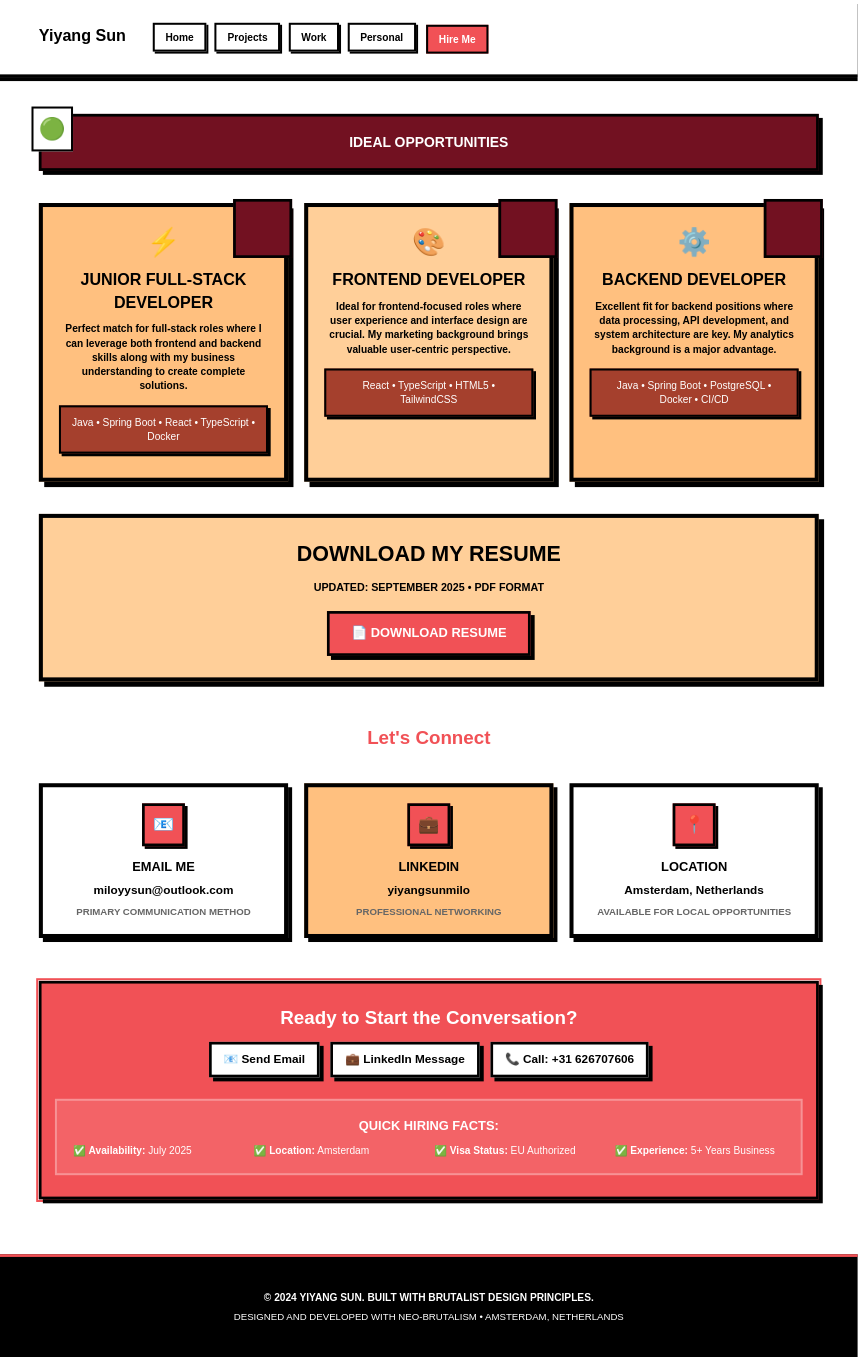
Repository: miloyiyangsun/yiyangsun.github.io
Page: .superdesign/design_iterations/yiyang_hireme_v2.html
These files come from the project's save history. The page is drawn as it stood at one moment and after the next save; the edit follows.
The browser window is 1280 px wide. The pictures show the whole page, at 67% of full size.

Above is the page before, as saved 2025-09-03 17:25:51.

### .superdesign/design_iterations/yiyang_hireme_v2.html
<!DOCTYPE html>
<html lang="en">
<head>
    <meta charset="UTF-8">
    <meta name="viewport" content="width=device-width, initial-scale=1.0">
    <title>Hire Me - Yiyang Sun [Neo-Brutalist Portfolio]</title>
    <meta name="description" content="Hire Yiyang Sun - Computer Science Student (2025 Graduate) with 5+ years business experience seeking Junior Full-Stack, Frontend, or Backend opportunities in Amsterdam. Neo-brutalist design.">

    <!-- Neo-Brutalist Theme -->
    <link rel="stylesheet" href="brutalist_theme_v2.css">

    <style>
        /* Hire Me specific brutal styles */
        body {
            padding-top: 120px;
            background: #FFFFFF;
        }

        .main-container {
            max-width: 1200px;
            margin: 0 auto;
            padding: 18px;
        }

        /* Hero CTA - Brutal */
        .hire-hero {
            background: #F15156;
            color: #FFFFFF;
            border: 8px solid #000000;
            padding: 48px 24px;
            text-align: center;
            box-shadow: 12px 12px 0 #000000;
            position: relative;
            margin: 24px 0;
        }

        .hire-hero::before {
            content: '💼';
            position: absolute;
            top: -30px;
            left: -30px;
            font-size: 4rem;
            background: #FFFFFF;
            border: 6px solid #000000;
            padding: 16px;
            width: 100px;
            height: 100px;
            display: flex;
            align-items: center;
            justify-content: center;
        }

        .hire-title {
            font-size: 2.5rem;
            font-weight: 900;
            text-transform: uppercase;
            margin: 0 0 18px 0;
            line-height: 0.9;
        }

        .hire-subtitle {
            font-size: 1.2rem;
            font-weight: 700;
            text-transform: uppercase;
            margin-bottom: 24px;
            opacity: 0.95;
        }

        /* Opportunity Cards - Brutal */
        .opportunity-grid {
            display: grid;
            grid-template-columns: repeat(auto-fit, minmax(300px, 1fr));
            gap: 24px;
            margin: 48px 0;
        }

        .opportunity-card {
            background: #FFFFFF;
            border: 6px solid #000000;
            padding: 24px;
            box-shadow: 8px 8px 0 #000000;
            position: relative;
            text-align: center;
        }

        .opportunity-card:hover {
            transform: translate(-4px, -4px);
            box-shadow: 16px 16px 0 #000000;
        }

        .opportunity-card:nth-child(1) {
            background: #FFC07F;
        }

        .opportunity-card:nth-child(2) {
            background: #FFCF99;
        }

        .opportunity-card:nth-child(3) {
            background: #FFC07F;
        }

        .opportunity-card::before {
            content: '';
            position: absolute;
            top: -12px;
            right: -12px;
            width: 80px;
            height: 80px;
            background: #721121;
            border: 4px solid #000000;
        }

        .opportunity-icon {
            font-size: 2.5rem;
            display: block;
            margin-bottom: 12px;
        }

        .opportunity-title {
            font-size: 1.5rem;
            font-weight: 900;
            text-transform: uppercase;
            color: #000000;
            margin-bottom: 12px;
        }

        .opportunity-description {
            font-size: 0.95rem;
            line-height: 1.4;
            font-weight: 600;
            margin-bottom: 18px;
        }

        /* Skills Match - Brutal */
        .skills-match {
            background: #A5402D;
            color: #FFFFFF;
            padding: 12px 16px;
            border: 3px solid #000000;
            margin: 12px 0;
            box-shadow: 4px 4px 0 #000000;
        }

        /* Contact Cards - Brutal */
        .contact-grid {
            display: grid;
            grid-template-columns: repeat(auto-fit, minmax(280px, 1fr));
            gap: 24px;
            margin: 48px 0;
        }

        .contact-card {
            background: #FFFFFF;
            border: 6px solid #000000;
            padding: 24px;
            text-align: center;
            box-shadow: 6px 6px 0 #000000;
            position: relative;
        }

        .contact-card:hover {
            background: #FFCF99;
            transform: translate(-3px, -3px);
            box-shadow: 11px 11px 0 #000000;
        }

        .contact-card:nth-child(even) {
            background: #FFC07F;
        }

        .contact-card:nth-child(even):hover {
            background: #F15156;
            color: #FFFFFF;
        }

        .contact-icon {
            width: 64px;
            height: 64px;
            background: #F15156;
            border: 4px solid #000000;
            border-radius: 0;
            margin: 0 auto 18px auto;
            display: flex;
            align-items: center;
            justify-content: center;
            font-size: 1.6rem;
            color: #FFFFFF;
            box-shadow: 4px 4px 0 #000000;
        }

        .contact-title {
            font-size: 1.2rem;
            font-weight: 900;
            text-transform: uppercase;
            margin-bottom: 10px;
            color: #000000;
        }

        .contact-info {
            font-size: 1.1rem;
            font-weight: 700;
            margin-bottom: 8px;
        }

        .contact-description {
            font-size: 0.9rem;
            font-weight: 600;
            text-transform: uppercase;
            color: #666666;
        }

        /* Value Proposition - Brutal */
        .value-proposition {
            background: #721121;
            color: #FFFFFF;
            padding: 48px;
            border: 8px solid #000000;
            box-shadow: 12px 12px 0 #000000;
            margin: 64px 0;
        }

        .value-title {
            font-size: 2.5rem;
            font-weight: 900;
            text-transform: uppercase;
            text-align: center;
            margin-bottom: 32px;
        }

        .value-grid {
            display: grid;
            grid-template-columns: repeat(auto-fit, minmax(250px, 1fr));
            gap: 24px;
        }

        .value-item {
            padding: 24px;
            background: rgba(255, 255, 255, 0.1);
            border: 2px solid rgba(255, 255, 255, 0.3);
            text-align: center;
        }

        .value-item-title {
            font-size: 1.2rem;
            font-weight: 900;
            text-transform: uppercase;
            margin-bottom: 12px;
        }

        .value-item-description {
            font-size: 1rem;
            font-weight: 500;
            line-height: 1.4;
        }

        /* Resume Download - Brutal */
        .resume-section {
            background: #FFCF99;
            border: 6px solid #000000;
            padding: 32px;
            text-align: center;
            box-shadow: 8px 8px 0 #000000;
            margin: 32px 0;
        }

        .resume-title {
            font-size: 2rem;
            font-weight: 900;
            text-transform: uppercase;
            margin-bottom: 16px;
        }

        .resume-info {
            font-size: 1rem;
            font-weight: 600;
            margin-bottom: 24px;
            text-transform: uppercase;
        }

        .download-button {
            display: inline-block;
            background: #F15156;
            color: #FFFFFF;
            padding: 16px 32px;
            border: 4px solid #000000;
            text-decoration: none;
            font-weight: 900;
            font-size: 1.2rem;
            text-transform: uppercase;
            box-shadow: 6px 6px 0 #000000;
        }

        .download-button:hover {
            background: #721121;
            transform: translate(-2px, -2px);
            box-shadow: 8px 8px 0 #000000;
        }

        /* Availability Status - Brutal */
        .availability {
            background: #721121;
            color: #FFFFFF;
            padding: 24px;
            border: 4px solid #000000;
            text-align: center;
            margin: 32px 0;
            box-shadow: 6px 6px 0 #000000;
            position: relative;
        }

        .availability::before {
            content: '🟢';
            position: absolute;
            top: -15px;
            left: -15px;
            font-size: 2rem;
            background: #FFFFFF;
            border: 3px solid #000000;
            padding: 8px;
            border-radius: 0;
        }

        .availability-text {
            font-size: 1.3rem;
            font-weight: 900;
            text-transform: uppercase;
        }

        /* Mobile responsive */
        @media (max-width: 768px) {
            .hire-title {
                font-size: 2.5rem;
            }

            .hire-hero {
                padding: 40px 20px;
            }

            .opportunity-grid,
            .contact-grid {
                grid-template-columns: 1fr;
            }

            .value-proposition {
                padding: 32px 20px;
            }

            .value-title {
                font-size: 2rem;
            }
        }
    </style>
</head>

<body>
    <!-- Brutalist Navigation -->
    <nav class="brutalist-nav">
        <div class="main-container">
            <strong style="font-size: 1.5rem; margin-right: 32px;">Yiyang Sun</strong>
            <a href="yiyang_home_v2.html" class="brutalist-nav-item">Home</a>
            <a href="yiyang_projects_v2.html" class="brutalist-nav-item">Projects</a>
            <a href="yiyang_work_v2.html" class="brutalist-nav-item">Work</a>
            <a href="yiyang_personal_v2.html" class="brutalist-nav-item">Personal</a>
            <a href="yiyang_hireme_v2.html" class="brutalist-nav-item active">Hire Me</a>
        </div>
    </nav>

    <!-- Main Content -->
    <main class="main-container">
        <!-- Hero CTA -->
        <!-- <section class="hire-hero">
            <div class="hire-title">Hire Me Now!</div>
            <div class="hire-subtitle">CS Student (2025 Graduate) with 5+ Years Business Background</div>
            <p style="font-size: 1.2rem; font-weight: 600; max-width: 600px; margin: 0 auto 32px auto;">
                Computer Science student graduating July 2025 seeking Junior Full-Stack, Frontend, or Backend opportunities.
                5+ years international business experience + technical skills.
            </p>
            <a href="mailto:miloyysun@outlook.com?subject=Job Opportunity&body=Hi Yiyang, I'm interested in discussing a software development opportunity with you."
               class="brutalist-button" style="background: #FFFFFF; color: #000000; font-size: 1.2rem; padding: 16px 32px;">
Email Me Today
            </a>
        </section> -->

        <!-- Availability Status -->
        <!-- <section class="availability">
            <div class="availability-text">Available from July 2025 • CS Graduate • Amsterdam Based • EU Work Authorization</div>
        </section> -->
        <section class="availability">
            <div class="availability-text">Ideal Opportunities</div>
        </section>
        <!-- Opportunity Types -->
        <section>
            <!-- <h2 class="title-large brutalist-text-center" style="margin: 64px 0 32px 0;">Ideal Opportunities</h2> -->

            <div class="opportunity-grid">
                <div class="opportunity-card">
                    <span class="opportunity-icon">⚡</span>
                    <div class="opportunity-title">Junior Full-Stack Developer</div>
                    <div class="opportunity-description">
                        Perfect match for full-stack roles where I can leverage both frontend and backend skills
                        along with my business understanding to create complete solutions.
                    </div>
                    <div class="skills-match">
                        Java • Spring Boot • React • TypeScript • Docker
                    </div>
                </div>

                <div class="opportunity-card">
                    <span class="opportunity-icon">🎨</span>
                    <div class="opportunity-title">Frontend Developer</div>
                    <div class="opportunity-description">
                        Ideal for frontend-focused roles where user experience and interface design are crucial.
                        My marketing background brings valuable user-centric perspective.
                    </div>
                    <div class="skills-match">
                        React • TypeScript • HTML5 • TailwindCSS
                    </div>
                </div>

                <div class="opportunity-card">
                    <span class="opportunity-icon">⚙️</span>
                    <div class="opportunity-title">Backend Developer</div>
                    <div class="opportunity-description">
                        Excellent fit for backend positions where data processing, API development, and system architecture
                        are key. My analytics background is a major advantage.
                    </div>
                    <div class="skills-match">
                        Java • Spring Boot • PostgreSQL • Docker • CI/CD
                    </div>
                </div>
            </div>
        </section>

        <!-- Value Proposition -->
        <!-- <section class="value-proposition">
            <div class="value-title">Why Hire Me?</div>
            <div class="value-grid">
                <div class="value-item">
                    <div class="value-item-title">Unique Business Background</div>
                    <div class="value-item-description">
                        5+ years of international business experience brings valuable perspective to software development projects
                    </div>
                </div>
                <div class="value-item">
                    <div class="value-item-title">Proven Problem Solver</div>
                    <div class="value-item-description">
                        Demonstrated ability to analyze complex problems and implement effective technical solutions
                    </div>
                </div>
                <div class="value-item">
                    <div class="value-item-title">International Experience</div>
                    <div class="value-item-description">
                        Worked across Singapore, China, and Netherlands - excellent for global teams and cross-cultural projects
                    </div>
                </div>
                <div class="value-item">
                    <div class="value-item-title">Career Transition Success</div>
                    <div class="value-item-description">
                        Successfully transitioned from 5+ years business career to Computer Science, graduating July 2025
                    </div>
                </div>
            </div>
        </section> -->

        <!-- Resume Download -->
        <section class="resume-section">
            <div class="resume-title">Download My Resume</div>
            <div class="resume-info">Updated: September 2025 • PDF Format</div>
            <a href="#" class="download-button">📄 Download Resume</a>
        </section>

        <!-- Contact Information -->
        <section>
            <h2 class="title-large brutalist-text-center" style="margin: 64px 0 32px 0;">Let's Connect</h2>

            <div class="contact-grid">
                <div class="contact-card">
                    <div class="contact-icon">📧</div>
                    <div class="contact-title">Email Me</div>
                    <div class="contact-info">miloyysun@outlook.com</div>
                    <div class="contact-description">Primary Communication Method</div>
                </div>

                <div class="contact-card">
                    <div class="contact-icon">💼</div>
                    <div class="contact-title">LinkedIn</div>
                    <div class="contact-info">yiyangsunmilo</div>
                    <div class="contact-description">Professional Networking</div>
                </div>

                <div class="contact-card">
                    <div class="contact-icon">📍</div>
                    <div class="contact-title">Location</div>
                    <div class="contact-info">Amsterdam, Netherlands</div>
                    <div class="contact-description">Available for Local Opportunities</div>
                </div>
            </div>
        </section>

        <!-- Final CTA -->
        <section class="brutalist-hero brutalist-bg-red" style="margin: 64px 0;">
            <div class="brutalist-text-center">
                <h2 class="title-large" style="color: #FFFFFF; margin-bottom: 16px;">Ready to Start the Conversation?</h2>
                <!-- <p style="font-size: 1.3rem; font-weight: 700; color: #FFFFFF; margin-bottom: 32px; max-width: 700px; margin-left: auto; margin-right: auto;">
                    Whether you have a specific role in mind or just want to explore possibilities,
                    I'm excited to discuss how my unique background can contribute to your team's success.
                </p> -->
                <div style="display: flex; justify-content: center; gap: 16px; flex-wrap: wrap;">
                    <a href="mailto:miloyysun@outlook.com?subject=Software Development Opportunity&body=Hi Yiyang, I'm interested in discussing potential opportunities with you."
                       class="brutalist-button" style="background: #FFFFFF; color: #000000; font-size: 1.1rem;">
                        📧 Send Email
                    </a>
                    <a href="https://linkedin.com/in/yiyangsunmilo"
                       class="brutalist-button" style="background: #FFFFFF; color: #000000; font-size: 1.1rem;" target="_blank">
                        💼 LinkedIn Message
                    </a>
                    <a href="tel:+31626707606"
                       class="brutalist-button" style="background: #FFFFFF; color: #000000; font-size: 1.1rem;">
                        📞 Call: +31 626707606
                    </a>
                </div>

                <div style="margin-top: 32px; padding: 24px; background: rgba(255,255,255,0.1); border: 3px solid rgba(255,255,255,0.3);">
                    <h3 style="font-size: 1.2rem; font-weight: 900; text-transform: uppercase; margin-bottom: 12px;">Quick Hiring Facts:</h3>
                    <div style="display: grid; grid-template-columns: repeat(auto-fit, minmax(150px, 1fr)); gap: 16px; text-align: left;">
                        <div>✅ <strong>Availability:</strong> July 2025</div>
                        <div>✅ <strong>Location:</strong> Amsterdam</div>
                        <div>✅ <strong>Visa Status:</strong> EU Authorized</div>
                        <div>✅ <strong>Experience:</strong> 5+ Years Business</div>
                    </div>
                </div>
            </div>
        </section>
    </main>

    <!-- Footer -->
    <footer style="background: #000000; color: #FFFFFF; padding: 32px; text-align: center; border-top: 4px solid #F15156;">
        <div class="main-container">
            <p style="font-weight: 700; text-transform: uppercase; margin-bottom: 8px;">
                &copy; 2024 Yiyang Sun. Built with brutalist design principles.
            </p>
            <p style="font-size: 0.9rem; text-transform: uppercase;">
                Designed and developed with neo-brutalism • Amsterdam, Netherlands
            </p>
        </div>
    </footer>

    <script>
        // Minimal JavaScript for hire me page
        console.log('💼 HIRE ME PAGE - NEO-BRUTALIST DESIGN LOADED');
        console.log('🚀 READY TO HIRE YIYANG SUN!');

        // Enhanced button press effects for CTA buttons
        document.querySelectorAll('.brutalist-button, .download-button, .contact-card').forEach(element => {
            element.addEventListener('mousedown', function() {
                this.style.transform = 'translate(3px, 3px)';
                this.style.boxShadow = 'none';
            });

            element.addEventListener('mouseup', function() {
                this.style.transform = '';
                this.style.boxShadow = '';
            });

            element.addEventListener('mouseleave', function() {
                this.style.transform = '';
                this.style.boxShadow = '';
            });
        });

        // Log hiring intent tracking
        document.querySelectorAll('a[href^="mailto:"]').forEach(emailLink => {
            emailLink.addEventListener('click', function() {
                console.log('📧 EMAIL CLICK - POTENTIAL HIRE INTEREST!');
            });
        });
    </script>
</body>
</html>

Loaded but not shown: .superdesign/design_iterations/brutalist_theme_v2.css (336 lines, source omitted)

After the next save:
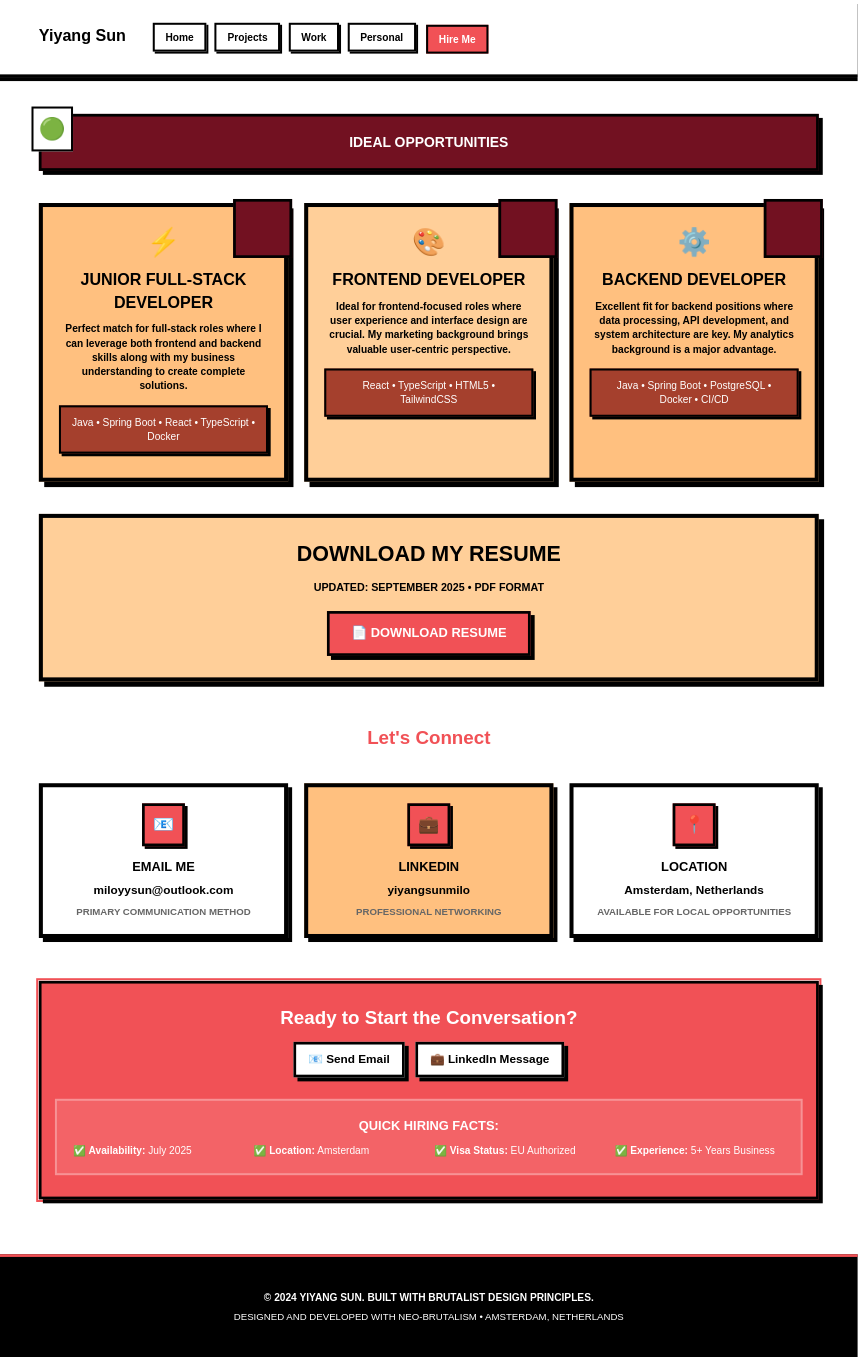
Saved 8 s later.
--- a/.superdesign/design_iterations/yiyang_hireme_v2.html
+++ b/.superdesign/design_iterations/yiyang_hireme_v2.html
@@ -515,10 +515,10 @@ Email Me Today
                        class="brutalist-button" style="background: #FFFFFF; color: #000000; font-size: 1.1rem;" target="_blank">
                         💼 LinkedIn Message
                     </a>
-                    <a href="tel:+31626707606"
+                    <!-- <a href="tel:+31626707606"
                        class="brutalist-button" style="background: #FFFFFF; color: #000000; font-size: 1.1rem;">
                         📞 Call: +31 626707606
-                    </a>
+                    </a> -->
                 </div>
 
                 <div style="margin-top: 32px; padding: 24px; background: rgba(255,255,255,0.1); border: 3px solid rgba(255,255,255,0.3);">
